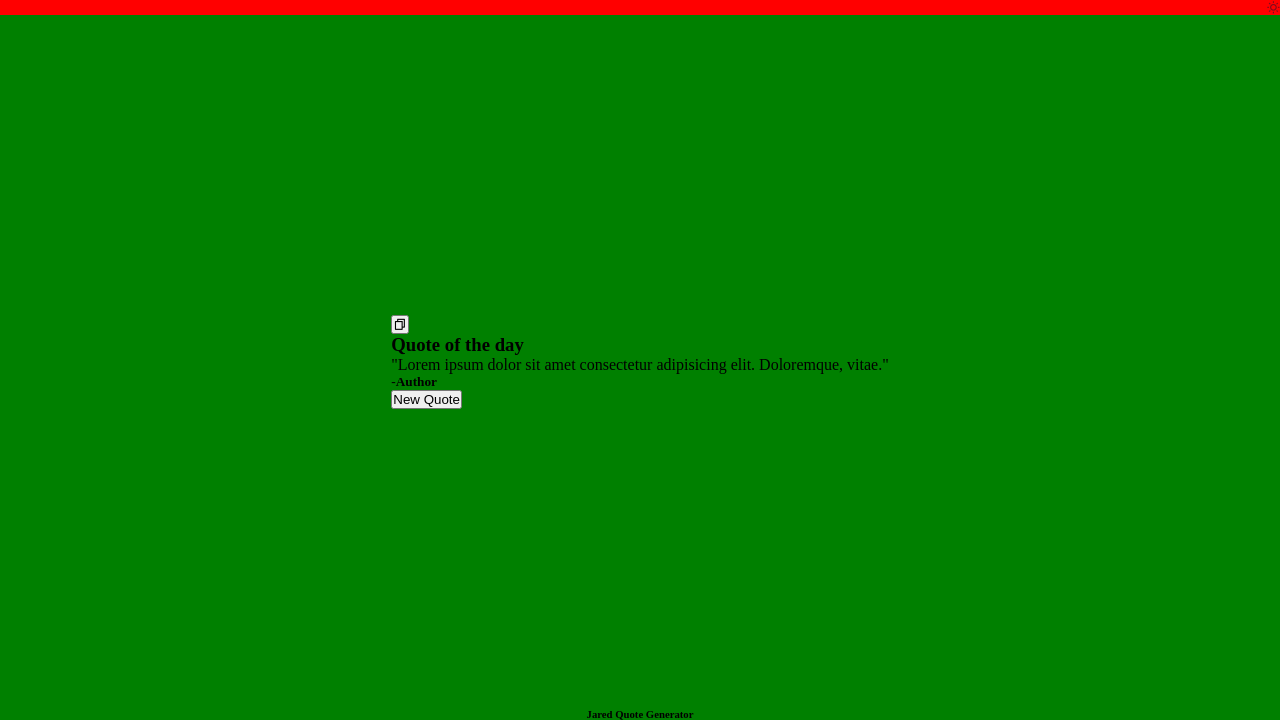
Repository: EguJaredoBoyd/Jared-Quote-Generator
Page: html/main.html
These files come from the project's save history. The page is drawn as it stood at one moment and after the next save; the edit follows.
The browser window is 1280 px wide. The pictures show the whole page.
Some web libraries are served in a nearby version.

Above is the page before, as saved 2026-01-09 00:37:22.

### html/main.html
<!DOCTYPE html>
<html lang="en">
  <head>
    <meta charset="UTF-8" />
    <meta name="viewport" content="width=device-width, initial-scale=1.0" />
    <link rel="stylesheet" href="../css/style.css" />
    <script src="../js/main.js" defer></script>
    <link
      href="https://cdn.jsdelivr.net/npm/remixicon@4.8.0/fonts/remixicon.css"
      rel="stylesheet"
    />
    <title>Document</title>
  </head>
  <body>
    <div class="container">
      <header>
        <button><i class="ri-sun-line"></i></button>
      </header>
      <main>
        <div class="quote-container">
          <div>
            <button><i class="ri-file-copy-line"></i></button>
          </div>
          <h3>Quote of the day</h3>
          <p>
            "Lorem ipsum dolor sit amet consectetur adipisicing elit.
            Doloremque, vitae."
          </p>
          <div>
            <h5>-Author</h5>
          </div>
          <div>
            <button>New Quote</button>
          </div>
        </div>
      </main>
      <footer>
        <div>
          <h6>Jared Quote Generator</h6>
        </div>
      </footer>
    </div>
  </body>
</html>

### css/style.css
* {
  margin: 0;
  padding: 0;
  box-sizing: border-box;
}

:root {
  --background-color: #7b0d1e;
  --card-color: #f8e5ee;
  --text-color: black;
  --button-color: var(--background-color);
}

.lighter-theme {
  --background-color: var(--card-color);
  --card-color: var(--background-color);
  --text-color: var(--text-color);
  --button-color: var(--button-color);
}

.container {
  background-color: green;
  height: 100vh;
  display: flex;
  flex-direction: column;
  justify-content: space-between;
  align-items: center;
}

header {
  display: flex;
  justify-content: flex-end;
  background-color: red;
  width: 100%;
}

header button {
  border: none;
  background: none;
  color: var(--button-color);
}

Loaded but not shown: js/main.js (no copy from this time; the picture is the same without it)

After the next save:
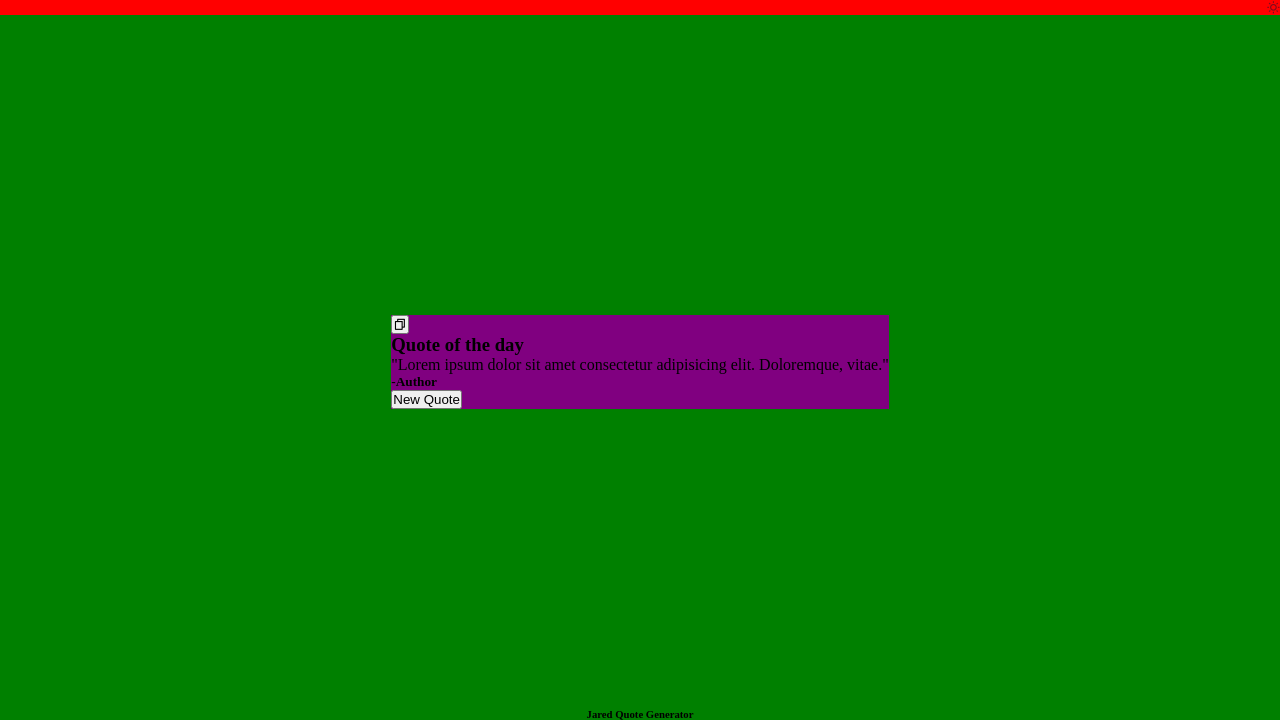
Saved 25 s later.
--- a/css/style.css
+++ b/css/style.css
@@ -39,3 +39,7 @@ header button {
   background: none;
   color: var(--button-color);
 }
+
+.quote-container {
+  background-color: purple;
+}
